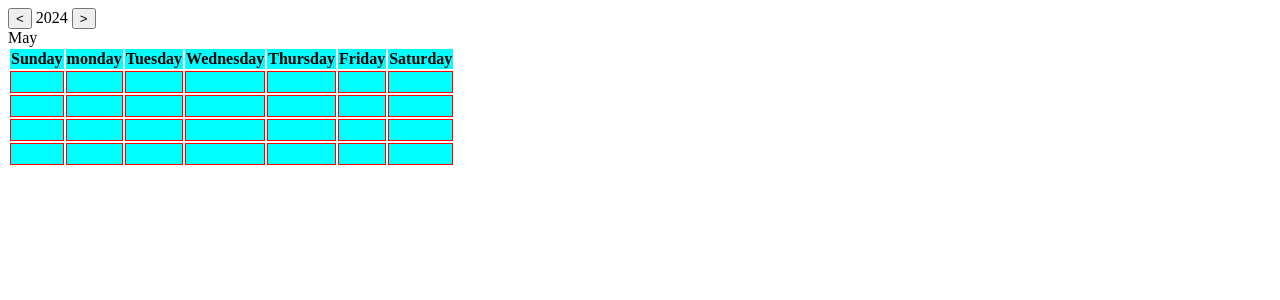
Repository: fateme81yosefi/calendar
Page: index.html
These files come from the project's save history. The page is drawn as it stood at one moment and after a run of saves; the edit follows.
The browser window is 1280 px wide. The pictures show the whole page.

Above is the page before, as saved 2024-05-30 14:03:12.
Console error: ReferenceError: weekday is not defined

After the next 7 saves:
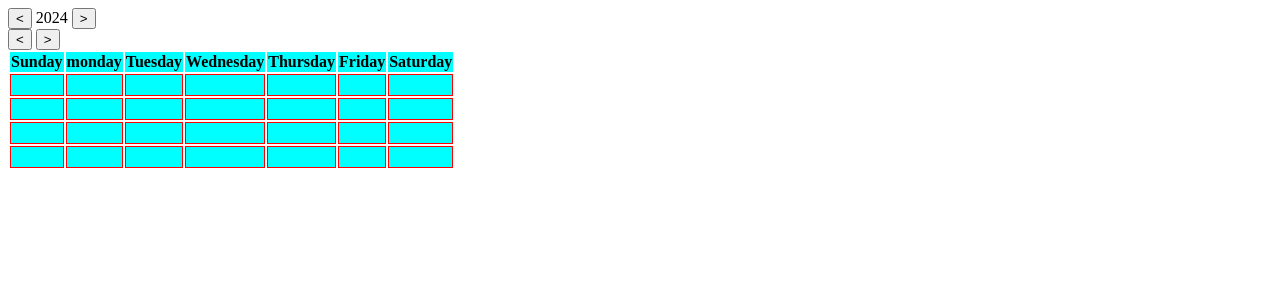
Console error: SyntaxError: Unexpected token 'switch'
The 7 saves are shown as one change because they came seconds apart.
The last was saved 17 s later.
--- a/scripts.js
+++ b/scripts.js
@@ -9,7 +9,7 @@ function calculator() {
     day = d.getDate()
 
 
-    document.d
+    document.getElementById("year").innerHTML =
 
     switch(m+1){
         case 1: b = "January";
